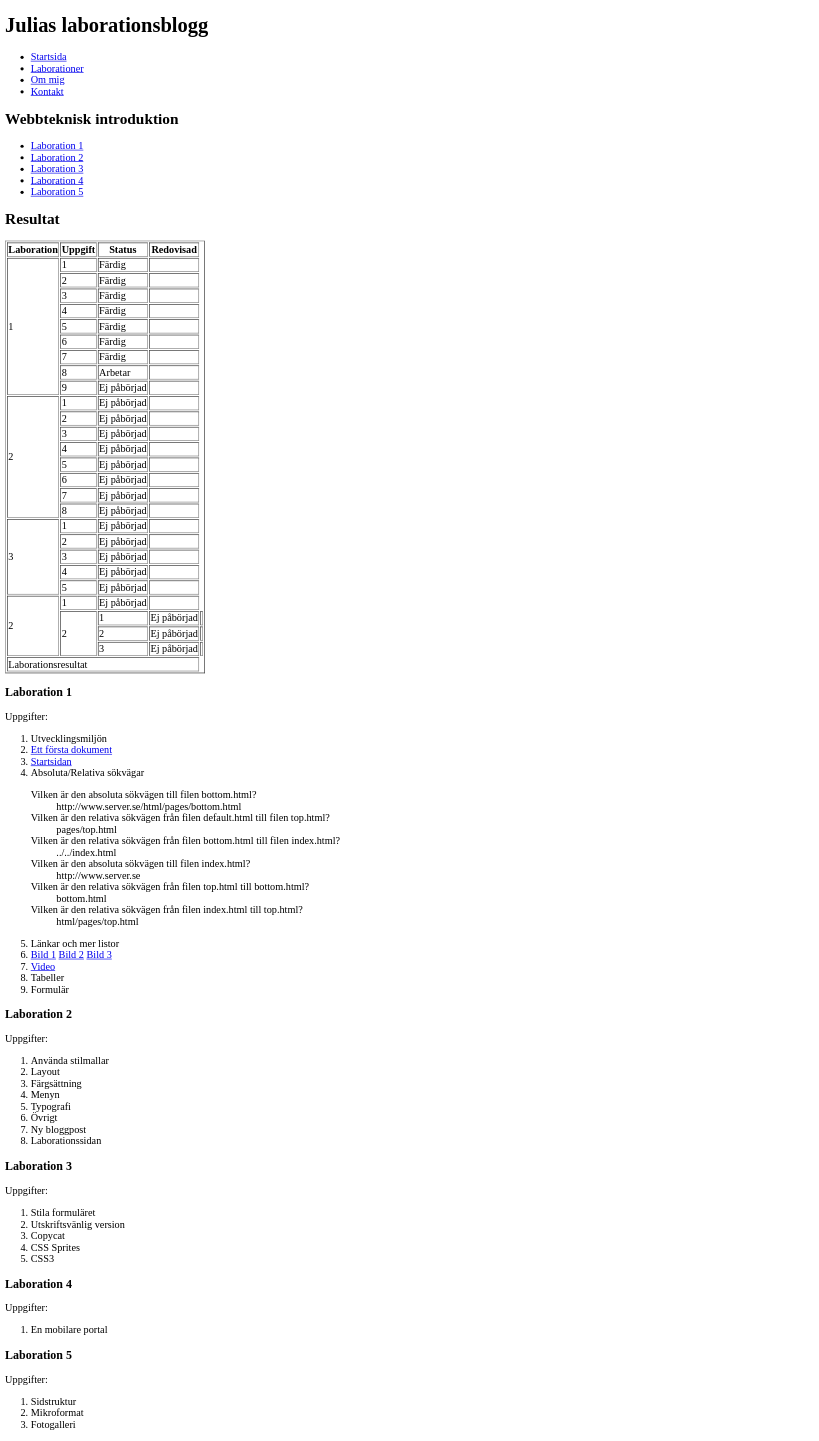
Repository: jk222rp/1ik415-laborationer-2014
Page: pages/laborationer.html
The author's editor kept a record of every edit. The page is drawn from the files as they stood at one moment, then again after the next edit.
The browser window is 1280 px wide. The pictures show the whole page, at 64% of full size.

Above is the page before.

### pages/laborationer.html
<!doctype html>
<html lang="sv">
    <head>
        <meta charset="utf-8" />
        <title>Julias laborationsblogg</title>
    </head>

    <body>
        <h1>Julias laborationsblogg</h1>

<!--Menu-->
        <ul>
            <li><a href="../index.html">Startsida</a></li>
            <li><a href="laborationer.html">Laborationer</a></li>
            <li><a href="presentation.html">Om mig</a></li>
            <li><a href="kontakt.html">Kontakt</a></li>
        </ul>

<!--Lab presentation - Webbteknisk introduktion-->
        <h2>Webbteknisk introduktion</h2>

        <ul>
            <li><a href="#Lab1">Laboration 1</a></li>
            <li><a href="#Lab2">Laboration 2</a></li>
            <li><a href="#Lab3">Laboration 3</a></li>
            <li><a href="#Lab4">Laboration 4</a></li>
            <li><a href="#Lab5">Laboration 5</a></li>
        </ul>

<!--Table start-->
        <h2>Resultat</h2>
        <table border="1">
            <thead>
                <tr>
                    <th>Laboration</th>
                    <th>Uppgift</th>
                    <th>Status</th>
                    <th>Redovisad</th>
                </tr>
            </thead>
            <tfoot>
                <tr>
                    <td colspan="4">
                        Laborationsresultat
                    </td>
                </tr>
            </tfoot>
    <!--Lab 1-->
            <tbody>
                <tr>
                    <td rowspan="9">1</td>
                    <td>1</td>
                    <td>Färdig</td>
                    <td></td>
                </tr>
                <tr>
                    <td>2</td>
                    <td>Färdig</td>
                    <td></td>
                </tr>
                <tr>
                    <td>3</td>
                    <td>Färdig</td>
                    <td></td>
                </tr>
                <tr>
                    <td>4</td>
                    <td>Färdig</td>
                    <td></td>
                </tr>
                <tr>
                    <td>5</td>
                    <td>Färdig</td>
                    <td></td>
                </tr>
                <tr>
                    <td>6</td>
                    <td>Färdig</td>
                    <td></td>
                </tr>
                <tr>
                    <td>7</td>
                    <td>Färdig</td>
                    <td></td>
                </tr>
                <tr>
                    <td>8</td>
                    <td>Arbetar</td>
                    <td></td>
                </tr>
                <tr>
                    <td>9</td>
                    <td>Ej påbörjad</td>
                    <td></td>
                </tr>
    <!--Lab 2-->
                <tr>
                    <td rowspan="8">2</td>
                    <td>1</td>
                    <td>Ej påbörjad</td>
                    <td></td>
                </tr>
                <tr>
                    <td>2</td>
                    <td>Ej påbörjad</td>
                    <td></td>
                </tr>
                <tr>
                    <td>3</td>
                    <td>Ej påbörjad</td>
                    <td></td>
                </tr>
                <tr>
                    <td>4</td>
                    <td>Ej påbörjad</td>
                    <td></td>
                </tr>
                <tr>
                    <td>5</td>
                    <td>Ej påbörjad</td>
                    <td></td>
                </tr>
                <tr>
                    <td>6</td>
                    <td>Ej påbörjad</td>
                    <td></td>
                </tr>
                <tr>
                    <td>7</td>
                    <td>Ej påbörjad</td>
                    <td></td>
                </tr>
                <tr>
                    <td>8</td>
                    <td>Ej påbörjad</td>
                    <td></td>
                </tr>
    <!--Lab 3-->
                <tr>
                    <td rowspan="5">3</td>
                    <td>1</td>
                    <td>Ej påbörjad</td>
                    <td></td>
                </tr>
                <tr>
                    <td>2</td>
                    <td>Ej påbörjad</td>
                    <td></td>
                </tr>
                <tr>
                    <td>3</td>
                    <td>Ej påbörjad</td>
                    <td></td>
                </tr>
                <tr>
                    <td>4</td>
                    <td>Ej påbörjad</td>
                    <td></td>
                </tr>
                <tr>
                    <td>5</td>
                    <td>Ej påbörjad</td>
                    <td></td>
                </tr>
    <!--Lab 4-->
                <tr>
                    <td rowspan="8">2</td>
                    <td>1</td>
                    <td>Ej påbörjad</td>
                    <td></td>
                </tr>
    <!--Lab 5-->
                <tr>
                    <td rowspan="8">2</td>
                    <td>1</td>
                    <td>Ej påbörjad</td>
                    <td></td>
                </tr>
                <tr>
                    <td>2</td>
                    <td>Ej påbörjad</td>
                    <td></td>
                </tr>
                <tr>
                    <td>3</td>
                    <td>Ej påbörjad</td>
                    <td></td>
                </tr>
            </tbody>
        </table>

        <h3 id="Lab1">Laboration 1</h3>
        <p>Uppgifter:</p>
        <ol>
            <li>Utvecklingsmiljön</li>
            <li><a href="presentation.html">Ett första dokument</a></li>
            <li><a href="../index.html">Startsidan</a></li>
            <li>Absoluta/Relativa sökvägar
                <dl>
                    <dt>Vilken är den absoluta sökvägen till filen bottom.html?</dt>
                    <dd>http://www.server.se/html/pages/bottom.html</dd>
                    <dt>Vilken är den relativa sökvägen från filen default.html till filen top.html?</dt>
                    <dd>pages/top.html</dd>
                    <dt>Vilken är den relativa sökvägen från filen bottom.html till filen index.html?</dt>
                    <dd>../../index.html</dd>
                    <dt>Vilken är den absoluta sökvägen till filen index.html?</dt>
                    <dd>http://www.server.se</dd>
                    <dt>Vilken är den relativa sökvägen från filen top.html till bottom.html?</dt>
                    <dd>bottom.html</dd>
                    <dt>Vilken är den relativa sökvägen från filen index.html till top.html?</dt>
                    <dd>html/pages/top.html</dd>
                </dl>
            </li>
            <li>Länkar och mer listor</li>
            <li><a href="presentation.html#horse">Bild 1</a> <a href="../pics/logotyp.png">Bild 2</a> <a href="../index.html#cookie">Bild 3</a></li>
            <li><a href="../index.html#video">Video</a></li>
            <li>Tabeller</li>
            <li>Formulär</li>
        </ol>

        <h3 id="Lab2">Laboration 2</h3>
        <p>Uppgifter:</p>
        <ol>
            <li>Använda stilmallar</li>
            <li>Layout</li>
            <li>Färgsättning</li>
            <li>Menyn</li>
            <li>Typografi</li>
            <li>Övrigt</li>
            <li>Ny bloggpost</li>
            <li>Laborationssidan</li>
        </ol>

        <h3 id="Lab3">Laboration 3</h3>
        <p>Uppgifter:</p>
        <ol>
            <li>Stila formuläret</li>
            <li>Utskriftsvänlig version</li>
            <li>Copycat</li>
            <li>CSS Sprites</li>
            <li>CSS3</li>
        </ol>

        <h3 id="Lab4">Laboration 4</h3>
        <p>Uppgifter:</p>
        <ol>
            <li>En mobilare portal</li>
        </ol>

        <h3 id="Lab5">Laboration 5</h3>
        <p>Uppgifter:</p>
        <ol>
            <li>Sidstruktur</li>
            <li>Mikroformat</li>
            <li>Fotogalleri</li>
        </ol>

    </body>
</html>

After the next edit:
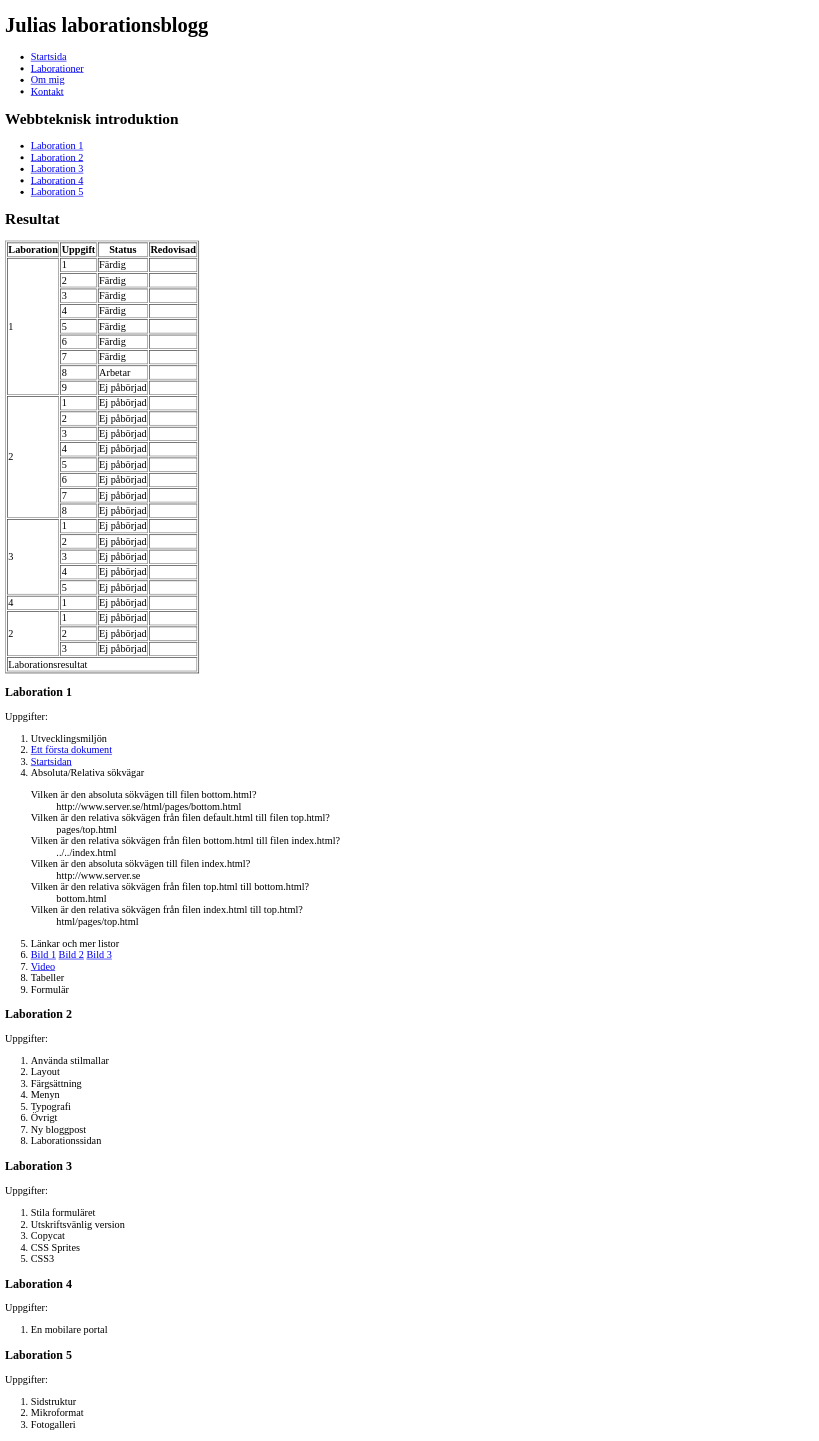
The edit:
--- a/pages/laborationer.html
+++ b/pages/laborationer.html
@@ -164,7 +164,7 @@
                 </tr>
     <!--Lab 4-->
                 <tr>
-                    <td rowspan="8">2</td>
+                    <td>4</td>
                     <td>1</td>
                     <td>Ej påbörjad</td>
                     <td></td>
